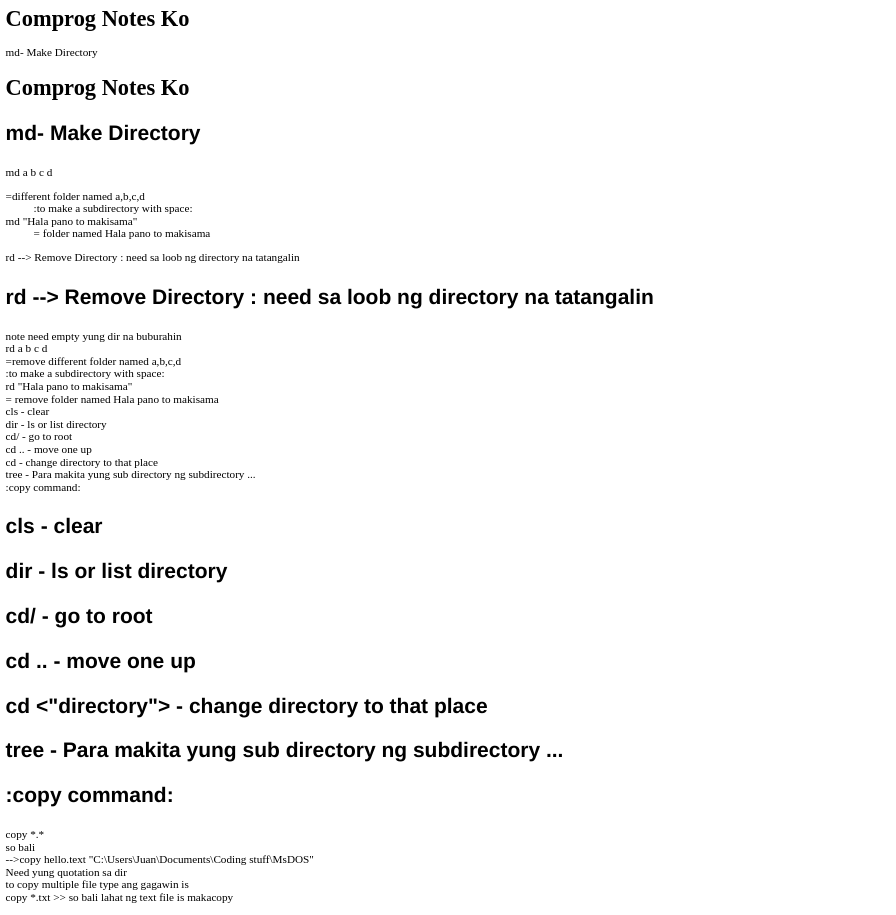
Repository: zwainer/Comprog
Page: index.html
The author's editor kept a copy of each file at every save. The page is drawn from the files as they stood at one save, then again after the next save.
The browser window is 1280 px wide. The pictures show the part of the page from y = 0 to 1920 px (the page is 1307 px tall before and 3924 px after), at 70% of full size.

Above is the page before, as saved 2023-05-05 23:39:08.

### index.html
<html>

	<h1>Comprog Notes Ko</h1>
<p>md- Make Directory <br/>

	<head>
		<link rel="stylesheet" href="index.css">
	</head>
	<h1>Comprog Notes Ko</h1>
<p class="StartCommand">md- Make Directory <br/></p>

	md a b c d  <br/>
	<dl>
<dt>=different folder named a,b,c,d<br/></dt>

	<dd>:to make a subdirectory with space:<br/></dd>

	<dt>md "Hala pano to makisama"<br/></dt>
		<dd>= folder named Hala pano to makisama<br/></dd>
</dl>
rd --> Remove Directory : need sa loob ng directory na tatangalin<br/>

<p class="StartCommand">rd --> Remove Directory : need sa loob ng directory na tatangalin<br/></p>


	note need empty yung dir na buburahin<br/>

rd a b c d <br/>
		=remove different folder named a,b,c,d<br/>

	:to make a subdirectory with space:<br/>

	rd "Hala pano to makisama"<br/>

		= remove folder named Hala pano to makisama	<br/>



cls - clear<br/>

dir - ls or list directory<br/>

cd/ - go to root<br/>

cd .. - move one up<br/>

cd <directory> - change directory to that place<br/>

tree - Para makita yung sub directory ng subdirectory ...<br/>

:copy command:<br/>
<p class="StartCommand">cls - clear<br/></p>

<p class="StartCommand">dir - ls or list directory<br/></p>

<p class="StartCommand">cd/ - go to root<br/></p>

<p class="StartCommand">cd .. - move one up<br/></p>

<p class="StartCommand">cd <"directory"> - change directory to that place<br/></p>

<p class="StartCommand">tree - Para makita yung sub directory ng subdirectory ...<br/></p>

<p class="StartCommand">:copy command:<br/></p>


copy *.*<br/>

	so bali <br/>
		-->copy hello.text "C:\Users\Juan\Documents\Coding stuff\MsDOS"<br/>
			Need yung quotation sa dir<br/>

	to copy multiple file type ang gagawin is </br>
	copy *.txt >> so bali lahat ng text file is makacopy</br>



		</p>
</html>

### index.css
.StartCommand{
    font-size: 30px;
    font-family: 'Franklin Gothic Medium';
    font-weight: bold;
}

After the next save:
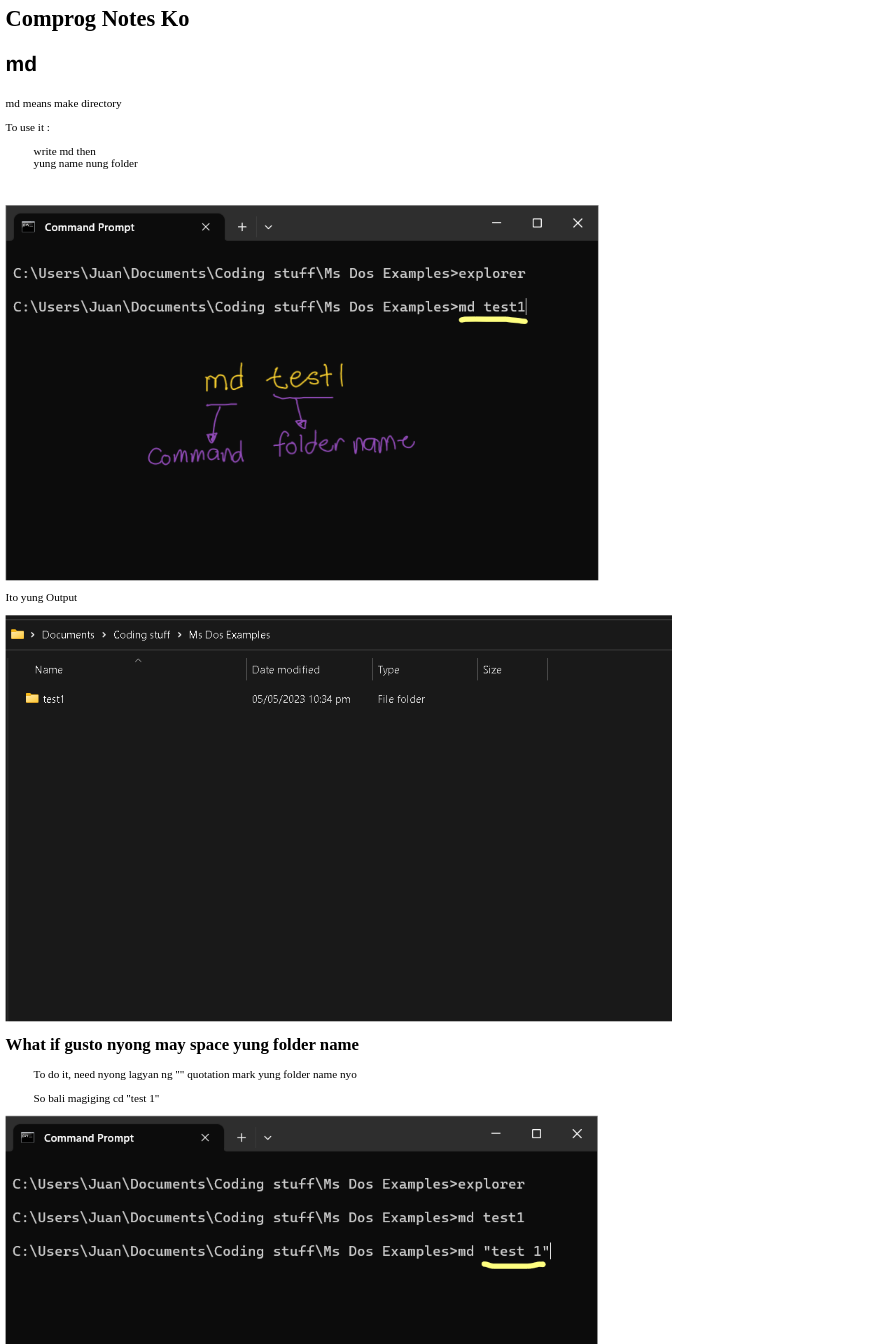
Saved 11 min 34 s later.
--- a/index.html
+++ b/index.html
@@ -1,31 +1,91 @@
 <html>
-
-	<h1>Comprog Notes Ko</h1>
-<p>md- Make Directory <br/>
-
 	<head>
 		<link rel="stylesheet" href="index.css">
 	</head>
+
 	<h1>Comprog Notes Ko</h1>
-<p class="StartCommand">md- Make Directory <br/></p>
 
-	md a b c d  <br/>
+	<p class="StartCommand">
+		md
+		<br/>
+
+	</p>
+
+	<p>md means make directory <br/>
+	</p>
+	<p>To use it :
+		<dl>
+			<dd>
+				write md then
+			</dd>
+
+			<dd>
+				yung name nung folder
+			</dd>
+		</dl>
+
+	<br/>
+	</p>
+
+
+	</p>
+
+	<img src="pictures/1_1.png">
+
+	<p>Ito yung Output <br/></p>
+
+
+	<img src="pictures/2.png">
+
+	<h2>What if gusto nyong may space yung folder name<br/></h2>
+	<dl>
+		<dd>
+			<p> To do it, need nyong lagyan ng "" quotation mark yung folder name nyo<br/></p>
+		</dd>
+
+		<dd>
+			<p> So bali magiging cd "test 1"<br/></p>
+		</dd>
+	</dl>
+
+	<img src="pictures/3.png">
+
+	<p>Ito yung Output <br/></p>
+
+	<img src="pictures/4.png">
+
+
+	<h2>What if gusto nyong may space yung folder name<br/></h2>
+
+
+
+
+
+
+
+
+	<p>md a b c d  <br/></p>
+
 	<dl>
 <dt>=different folder named a,b,c,d<br/></dt>
 
 	<dd>:to make a subdirectory with space:<br/></dd>
 
-	<dt>md "Hala pano to makisama"<br/></dt>
+	<dt>md "Hala pano to makisama"<br/>
+	</dt>
 		<dd>= folder named Hala pano to makisama<br/></dd>
 </dl>
-rd --> Remove Directory : need sa loob ng directory na tatangalin<br/>
 
 <p class="StartCommand">rd --> Remove Directory : need sa loob ng directory na tatangalin<br/></p>
 
 
-	note need empty yung dir na buburahin<br/>
+	<p>
+		*note* need empty yung dir na buburahin
+		<br/>
+	</p>
 
-rd a b c d <br/>
+		rd a b c d <br/>
+
 		=remove different folder named a,b,c,d<br/>
 
 	:to make a subdirectory with space:<br/>
@@ -53,23 +113,30 @@ tree - Para makita yung sub directory ng subdirectory ...<br/>
 
 <p class="StartCommand">dir - ls or list directory<br/></p>
 
-<p class="StartCommand">cd/ - go to root<br/></p>
+<p class="StartCommand">cd - Change Directory<br/></p>
 
-<p class="StartCommand">cd .. - move one up<br/></p>
 
-<p class="StartCommand">cd <"directory"> - change directory to that place<br/></p>
+<p >cd/ - go to root<br/></p>
 
-<p class="StartCommand">tree - Para makita yung sub directory ng subdirectory ...<br/></p>
+<p>cd .. - move one up<br/></p>
+
+<p >cd <"directory"> - change directory to that place<br/></p>
+
+<p >tree - Para makita yung sub directory ng subdirectory ...<br/></p>
 
 <p class="StartCommand">:copy command:<br/></p>
 
 
 copy *.*<br/>
 
-	so bali <br/>
-		-->copy hello.text "C:\Users\Juan\Documents\Coding stuff\MsDOS"<br/>
-			Need yung quotation sa dir<br/>
+	so bali: <br/>
+		<p>
+				-->copy hello.text "C:\Users\Juan\Documents\Coding stuff\MsDOS"<br/>
+			Need yung quotation sa dir
+			<br/>
+		</p>
 
+		<p>
 	to copy multiple file type ang gagawin is </br>
 	copy *.txt >> so bali lahat ng text file is makacopy</br>
 
